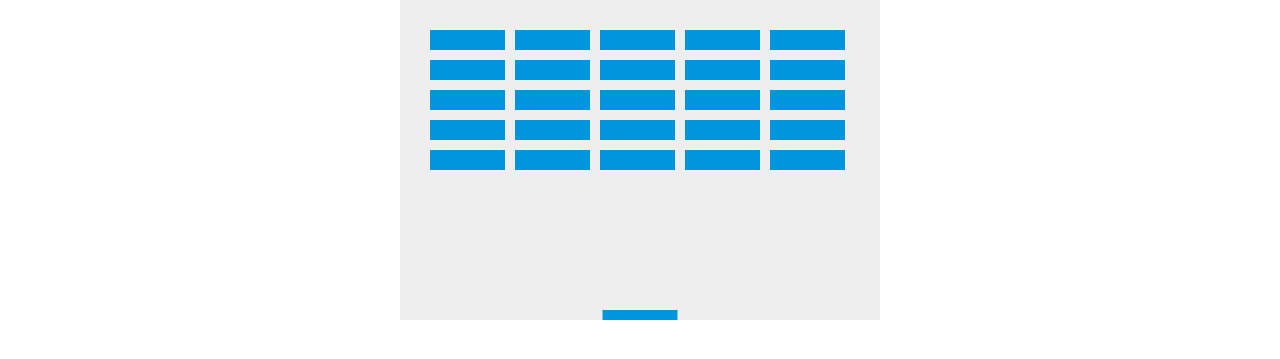
Repository: GoodHoneyCake/2D_breakout_game
Page: index.html
These files come from the project's save history. The page is drawn as it stood at one moment and after the next save; the edit follows.
The browser window is 1280 px wide. The pictures show the whole page.

Above is the page before, as saved 2020-12-28 18:39:28.

### index.html
<!DOCTYPE html>
<html lang="en">
<head>
    <meta charset="UTF-8">
    <meta name="viewport" content="width=device-width, initial-scale=1.0">
    <title>Gamedev Canvas Workshop</title>
    <link rel="stylesheet" href="styles.css">
    <script src="main.js" defer></script>
</head>
<body>
    <canvas id="myCanvas" width="480" height="320"></canvas>
</body>
</html>

### styles.css
* {
  padding: 0;
  margin: 0;
}
canvas {
  background: #eee;
  display: block;
  margin: 0 auto;
}

### main.js
const canvas = document.getElementById("myCanvas");
const ctx = canvas.getContext("2d");

let x = canvas.width / 2;
let y = canvas.height - 30;

let dx = 2;
let dy = -2;

let ballRadius = 10;

let paddleHeight = 10;
let paddleWidth = 75;
let paddleX = (canvas.width - paddleWidth) / 2;

let rightPressed = false;
let leftPressed = false;

let brickRowCount = 5;
let brickColumnCount = 5;
let brickWidth = 75;
let brickHeight = 20;
let brickPadding = 10;
let brickOffsetTop = 30;
let brickOffsetLeft = 30;

let bricks = [];
for (let c = 0; c < brickColumnCount; c++) {
  bricks[c] = [];
  for (let r = 0; r < brickRowCount; r++) {
    bricks[c][r] = { x: 0, y: 0 };
  }
}

function drawBricks() {
  for (let c = 0; c < brickColumnCount; c++) {
    for (let r = 0; r < brickRowCount; r++) {
      let brickX = c * (brickWidth + brickPadding) + brickOffsetLeft;
      let brickY = r * (brickHeight + brickPadding) + brickOffsetTop;
      bricks[c][r].x = brickX;
      bricks[c][r].y = brickY;
      ctx.beginPath();
      ctx.rect(brickX, brickY, brickWidth, brickHeight);
      ctx.fillStyle = "#0095DD";
      ctx.fill();
      ctx.closePath();
    }
  }
}

function randomColorStyle() {
  // H(Hue)S(Saturation)L(Lightness)
  // This will create a random color with same saturation and light intensity (luminance).
  // https://stackoverflow.com/questions/23861481/randomize-rgb-in-html5-canvas-with-a-new-value-for-each-fillrect-using-javascrip
  ctx.fillStyle = "hsl(" + 360 * Math.random() + ", 50%, 50%)";
}

document.addEventListener("keydown", keyDownHandler, false);
document.addEventListener("keyup", keyUpHandler, false);

function keyDownHandler(event) {
  if (event.keyCode == 39) {
    rightPressed = true;
  } else if (event.keyCode == 37) {
    leftPressed = true;
  }
}

function keyUpHandler(event) {
  if (event.keyCode == 39) {
    rightPressed = false;
  } else if (event.keyCode == 37) {
    leftPressed = false;
  }
}

function drawBall() {
  ctx.beginPath();
  ctx.arc(x, y, ballRadius, 0, Math.PI * 2);
  ctx.fillstyle = "#0095DD";
  ctx.fill();
  ctx.closePath();
}

function drawPaddle() {
  ctx.beginPath();
  ctx.rect(paddleX, canvas.height - paddleHeight, paddleWidth, paddleHeight);
  ctx.fillstyle = "#0095DD";
  ctx.fill();
  ctx.closePath();
}

function draw() {
  ctx.clearRect(0, 0, canvas.width, canvas.height);
  drawBricks();
  drawBall();
  drawPaddle();
  x += dx;
  y += dy;

  // bottom edge || top edge
  if (y + dy < ballRadius) {
    dy = -dy;
    randomColorStyle();
  } else if (y + dy > canvas.height - ballRadius) {
    if (x > paddleX && x < paddleX + paddleWidth) {
      dy = -dy;
    } else {
      alert("GAME OVER");
      document.location.reload();
    }
  }
  // right edge || left edge
  if (x + dx > canvas.width - ballRadius || x + dx < ballRadius) {
    dx = -dx;

    randomColorStyle();
  }

  if (rightPressed && paddleX < canvas.width - paddleWidth) {
    paddleX += 7; // pixel
  } else if (leftPressed && paddleX > 0) {
    paddleX -= 7;
  }
}

setInterval(draw, 10);

After the next save:
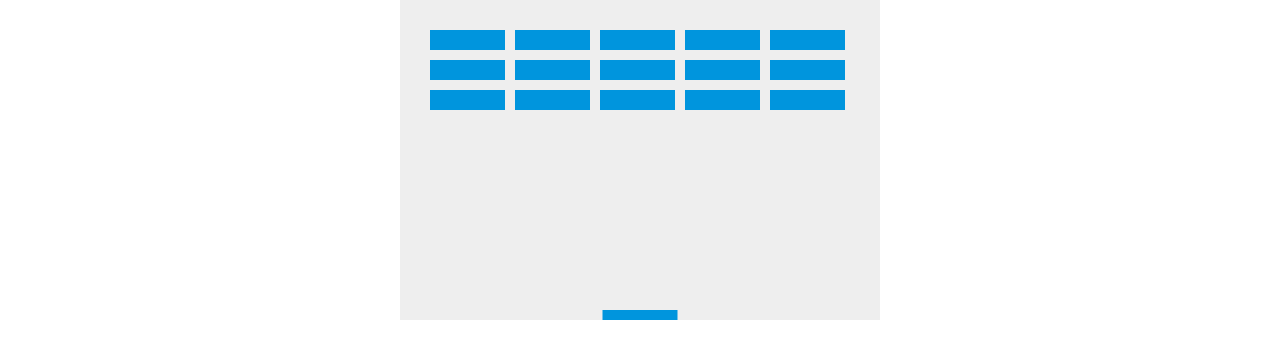
Saved 9 s later.
--- a/main.js
+++ b/main.js
@@ -16,7 +16,7 @@
 let rightPressed = false;
 let leftPressed = false;
 
-let brickRowCount = 5;
+let brickRowCount = 3;
 let brickColumnCount = 5;
 let brickWidth = 75;
 let brickHeight = 20;
